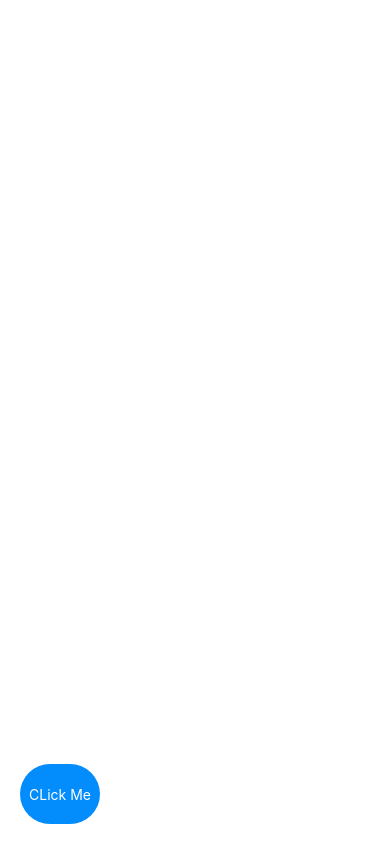
Repository: CodeBunny786/React-Native-Reveal-Animation
Screen: /
The author's editor kept a copy of each file at every save. The screen is drawn from the files as they stood at one save, then again after the next save.
The app was drawn by React Native's web renderer in a window 390 px wide. The project was rebuilt for these pictures with package versions that can differ from the ones it lists, and the page was loaded fresh each time.

Above is the screen before, as saved 2019-10-28 12:28:03.

### App.js
import React, { Component } from "react";
import { StyleSheet, View, Animated, Text, TouchableWithoutFeedback } from "react-native";

// import { MaterialCommunityIcons as Icon } from "@expo/vector-icons";

export default class animations extends Component {
  state = {
    animation: new Animated.Value(0),
  };
  toggleOpen = () => {
    if (this._open) {
      Animated.timing(this.state.animation, {
        toValue: 0,
        duration: 800,
      }).start();
    } else {
      Animated.timing(this.state.animation, {
        toValue: 1,
        duration: 800,
      }).start();
    }
    this._open = !this._open;
  };
  render() {
    const scaleInterpolate = this.state.animation.interpolate({
      inputRange: [0, 1],
      outputRange: [0, 50],
    });

    const bgStyle = {
      transform: [
        {
          scale: scaleInterpolate,
        },
      ],
    };
    return (
      <View style={styles.container}>
        <Animated.View style={[styles.background, bgStyle]} >

        </Animated.View>

        <TouchableWithoutFeedback onPress={this.toggleOpen}>
          <View style={[styles.button, styles.pay]}>
             <Text style={styles.payText}>CLick Me</Text>
          </View>
        </TouchableWithoutFeedback>
      </View>
    );
  }
}

const styles = StyleSheet.create({
  container: {
    flex: 1,
  },
  background: {
    backgroundColor: "#038cfc",
    position: "absolute",
    width: 40,
    height: 60,
    bottom: 20,
    //  right: 20,
    //  left:20,
    borderRadius: 30,
  },
  button: {
    width: 80,
    height: 60,
    alignItems: "center",
    justifyContent: "center",
    shadowColor: "blue",
    shadowOpacity: .2,
    shadowOffset: { x: 2, y: 0 },
    shadowRadius: 12,
    borderRadius: 30,
    position: "absolute",
    bottom: 20,
    // right: 20,
    right: 20,
     left:20,
  },
  other: {
    backgroundColor: "#FFF",
  },
  payText: {
    color: "#FFF",
  },
  pay: {
    backgroundColor: "#038cfc",
  },
  label: {
    color: "#FFF",
    position: "absolute",
    fontSize: 18,
    backgroundColor: "transparent",
  },
});

After the next save:
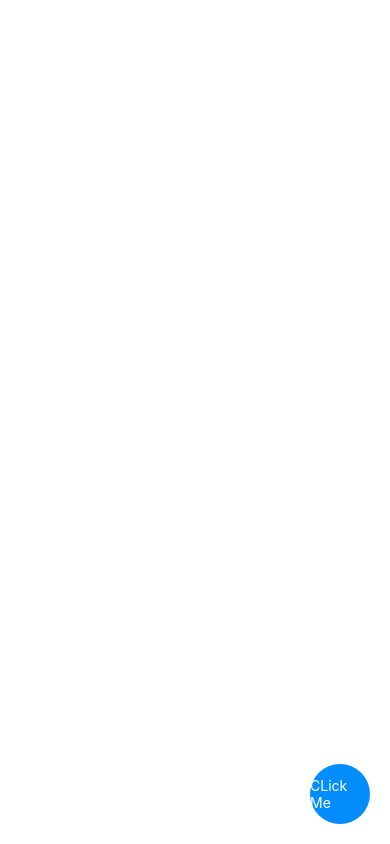
Saved 61 s later.
--- a/App.js
+++ b/App.js
@@ -55,30 +55,27 @@ const styles = StyleSheet.create({
     flex: 1,
   },
   background: {
-    backgroundColor: "#038cfc",
+    backgroundColor: "green",
     position: "absolute",
-    width: 40,
+    width: 60,
     height: 60,
     bottom: 20,
-    //  right: 20,
-    //  left:20,
+    right: 20,
     borderRadius: 30,
   },
   button: {
-    width: 80,
+    width: 60,
     height: 60,
     alignItems: "center",
     justifyContent: "center",
-    shadowColor: "blue",
-    shadowOpacity: .2,
+    shadowColor: "#333",
+    shadowOpacity: 0.1,
     shadowOffset: { x: 2, y: 0 },
-    shadowRadius: 12,
+    shadowRadius: 2,
     borderRadius: 30,
     position: "absolute",
     bottom: 20,
-    // right: 20,
     right: 20,
-     left:20,
   },
   other: {
     backgroundColor: "#FFF",
